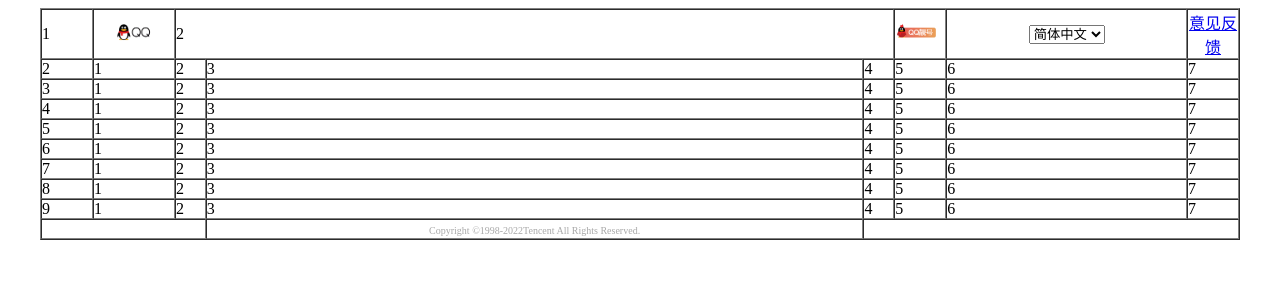
Repository: l897284707/0913
Page: qq注册界面.html
An editor plug-in stored every save of this project. The page is shown before and after the next save, followed by the edit.
The browser window is 1280 px wide. The pictures show the whole page.

Above is the page before, as saved 2022-09-13 20:47:20.

After the next save:
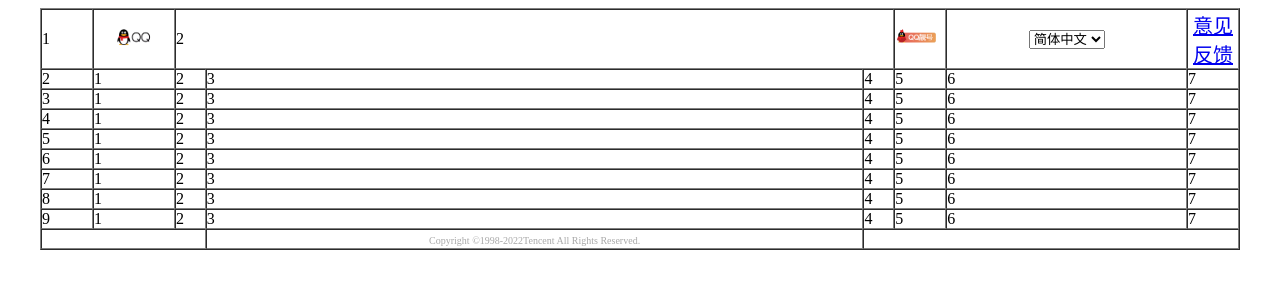
Saved 19 s later.
--- a/qq注册界面.html
+++ b/qq注册界面.html
@@ -26,7 +26,7 @@
                     <option value="">English</option>
                 </select>
             </td>
-            <td align="center" style=" width: 50px;">
+            <td align="center" style=" width: 50px; font-size: 20px;">
                 <a href=" ">意见反馈</a>
             </td>
         </tr>
